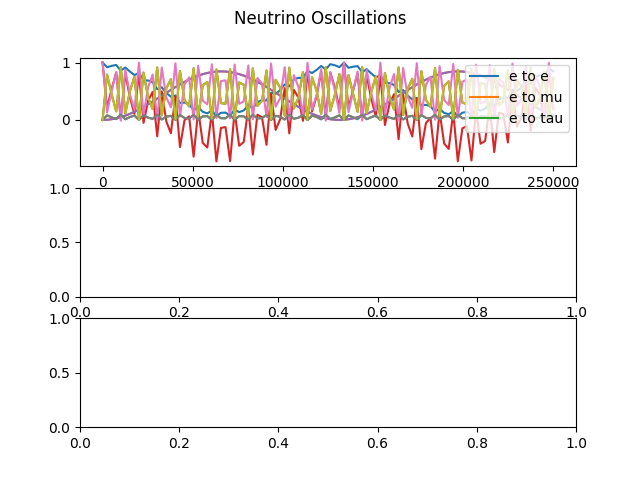
Repository: MichaelCullen2011/QuantumAndNeutrinos
Script's output: python neutrinos.py
An editor plug-in stored every save of this project. The script's output is shown before and after the next save, followed by the edit.
Random numbers start from a fixed seed.

Above is the script's output before, as saved 2021-06-02 16:36:41.

### neutrinos.py
import numpy as np
import matplotlib.pyplot as plt


'''
To Do           - tau interactions
                - clean up constant variables into dicts or lists
'''


'''
Variables and Constants
'''
# # Constants
# Mass difference squared between two flavour states
delta_m_sq = {'eu': 7.53e-5, 'tu': 2.44e-3, 'te': 2.44e-3, 'ue': 7.53e-5, 'ut': 2.44e-3, 'et': 2.44e-3}     # eV**2
delta_m_e_mu_sq = 7.53e-5      # eV**2
delta_m_tau_mu_sq = 2.44e-3    # eV**2  # can be +ve or -ve
delta_m_tau_e_sq = 2.44e-3     # eV**2  # can be +ve or -ve
delta_m_mu_e_sq = delta_m_e_mu_sq      # eV**2
delta_m_mu_tau_sq = delta_m_tau_mu_sq    # can be +ve or -ve
delta_m_e_tau_sq = delta_m_tau_e_sq     # eV**2

# Angle between flavour states
sin_q_theta = {'eu': 0.846, 'tu': 0.92, 'te': 0.093, 'ue': 0.846, 'ut': 0.92, 'et': 0.093}
sin_sq_theta_e_tau = 0.093
sin_sq_theta_e_mu = 0.846
sin_sq_theta_mu_tau = 0.92      # actually > 0.92 but it varies on atmospheric values
sin_sq_theta_mu_e = sin_sq_theta_e_mu
sin_sq_theta_tau_e = sin_sq_theta_e_tau
sin_sq_theta_tau_mu = sin_sq_theta_mu_tau

G_f = 1.1663787e-5         # GeV-2
sin_sq_theta_w = 0.22290        # Weinberg angle
m_e = 0.511 * 1e-3     # GeV c-2
m_u = 105 * 1e-3       # GeV c-2
sigma_naught = 1.72e-45         # m**2 / GeV

# # Variables
m_out = 10       # reactant mass out (electrons, muons etc)
m_in = 1000        # reactant mass in (electrons, muons etc)
E_v = 100     # Neutrino energy
L = 10       # distance oscillating (for oscillation)
E = E_v     # Neutrino beam energy
d = 10       # distance travelled (for decoherence)



'''
Oscillation Probabilities   -   p_oscill = (np.sin(2 * theta))**2 * (np.sin((delta_m_sq * L) / (4 * E)))**2
'''
class Oscillations:
    def __init__(self, distance):
        self.prob_list = {
            'eu': [], 'et': [],
            'ue': [], 'ut': [],
            'te': [], 'tu': [],
            'ee': [], 'uu': [],     # do these last as theyre calculated based on the previously calculated
            'tt': [],
        }

        self.prob_reduced = {
            'e': [],
            'u': [],
            't': []
        }

        self.prob_neut = []

        self.max_points = 100      # Number of points
        E = 4      # GeV
        self.L = distance    # Km
        self.x_range = np.linspace(0, self.L / E, self.max_points)
        theta_range = np.linspace(0, 2 * np.pi, self.max_points)

    def calculate(self):
        for x in self.x_range:
            # print(f"Calculated Probability of {self.max_points}")
            for change in self.prob_list.keys():
                if change not in ['ee', 'uu', 'tt']:
                    self.prob_list[change].append(Oscillations.prob(self, flavours=change, x=x))
            self.prob_list['ee'].append(1 - (self.prob_list['eu'][-1] + self.prob_list['et'][-1]))
            self.prob_list['uu'].append(1 - (self.prob_list['ue'][-1] + self.prob_list['ut'][-1]))
            self.prob_list['tt'].append(1 - (self.prob_list['te'][-1] + self.prob_list['tu'][-1]))

        self.prob_reduced['e'] = [self.prob_list['ee'], self.prob_list['eu'], self.prob_list['et']]
        self.prob_reduced['u'] = [self.prob_list['uu'], self.prob_list['ue'], self.prob_list['ut']]
        self.prob_reduced['t'] = [self.prob_list['tt'], self.prob_list['te'], self.prob_list['tu']]
        Oscillations.plot(self)

    def plot(self):
        fig, axs = plt.subplots(3)
        fig.suptitle('Neutrino Oscillations')

        n = 0
        for probs in self.prob_reduced.values():
            if n == 0:
                for p in probs:
                    print(len(p))
                    axs[n].plot(self.x_range, p)
                    axs[n].legend(['e to e', 'e to mu', 'e to tau'], loc=1)
            # if n == 1:
            #     for p in probs:
            #         axs[n].plot(self.x_range, p)
            #         axs[n].legend(['mu to mu', 'mu to e', 'mu to tau'], loc=1)
            # if n == 2:
            #     for p in probs:
            #         axs[n].plot(self.x_range, p)
            #         axs[n].legend(['tau to tau', 'tau to e', 'tau to mu'], loc=1)

        # for initial_flavours, probs in self.prob_reduced.items():
        #     axs[n].plot(self.x_range, probs[0], '-')
        #     axs[n].plot(self.x_range, probs[1], '-')
        #     axs[n].plot(self.x_range, probs[2], '-')
        # plt.legend(self.prob_reduced.keys())
        # plt.legend(self.prob_neut.keys())
        plt.show()

    def prob(self, flavours, x):
        if flavours == 'eu':
            prob = sin_sq_theta_e_mu * np.square(np.sin(1.27 * delta_m_e_mu_sq * x / 4))
        elif flavours == 'et':
            prob = sin_sq_theta_e_tau * np.square(np.sin(1.27 * delta_m_e_tau_sq * x / 4))
        elif flavours == 'ue':
            prob = sin_sq_theta_e_mu * np.square(np.sin(1.27 * delta_m_mu_e_sq * x / 4))
        elif flavours == 'ut':
            prob = sin_sq_theta_mu_tau * np.square(np.sin(1.27 * delta_m_mu_tau_sq * x / 4))
        elif flavours == 'te':
            prob = sin_sq_theta_tau_e * np.square(np.sin(1.27 * delta_m_tau_e_sq * x / 4))
        elif flavours == 'tu':
            prob = sin_sq_theta_tau_mu * np.square(np.sin(1.27 * delta_m_tau_mu_sq * x / 4))
        return prob



'''
Cross Sections
'''
class CrossSections:
    def __init__(self, energy, lepton):
        E_v = energy
        sigma_naught = 1.72e-45

        s_e = sigma_naught * np.pi / G_f**2
        s_u = s_e * (m_u / m_e)

        sigma_naught_e = (2 * m_e * G_f**2 * E_v) / np.pi
        sigma_naught_u = (2 * m_u * G_f**2 * E_v) / np.pi

        if lepton == 'e':
            sigma_naught = sigma_naught_e
            self.cs_without_ms = {'e_e': [], 'E_E': [], 'E_U': [], 'u_e': [], 'u_u': [], 'U_U': []}
            self.cs_with_ms = {'e_e': [], 'E_E': [], 'E_U': [], 'u_e': [], 'u_u': [], 'U_U': []}

        elif lepton == 'u':
            sigma_naught = sigma_naught_u
            self.cs_without_ms = {'e_e': [], 'E_E': [], 'U_E': [], 'e_u': [], 'u_u': [], 'U_U': []}
            self.cs_with_ms = {'e_e': [], 'E_E': [], 'U_E': [], 'e_u': [], 'u_u': [], 'U_U': []}

        for flavour in self.cs_without_ms.keys():
            cs = CrossSections.neutrino_and_electron(self, flavour=flavour) * energy * sigma_naught
            self.cs_without_ms[flavour].append(cs)
            self.cs_with_ms[flavour].append(
                cs * energy * sigma_naught *
                CrossSections.mass_suppression(
                    self, flavour, energy=energy, reaction_lepton=lepton
                )
            )

    def neutrino_and_electron(self, flavour):
        if flavour == 'e_e':
            cs = 0.25 + sin_sq_theta_w + (4 / 3) * np.square(sin_sq_theta_w)
        elif flavour == 'E_E':
            cs = (1 / 12) + 1 / 3 * (sin_sq_theta_w + 4 / 3 * np.square(sin_sq_theta_w))
        elif flavour == 'E_U' or flavour == 'U_E':
            cs = 1 / 3
        elif flavour == 'u_e' or flavour == 'e_u':
            cs = 1
        elif flavour == 'u_u':
            cs = 1 / 4 - sin_sq_theta_w + 4 / 3 * np.square(sin_sq_theta_w)
        elif flavour == 'U_U':
            cs = 1 / 12 - 1 / 3 * sin_sq_theta_w + 4 / 3 * np.square(sin_sq_theta_w)
        return cs

    def mass_suppression(self, flavour, energy, reaction_lepton='e'):
        m_E = m_e
        m_U = m_u
        if reaction_lepton == 'e':
            m_in = m_e
        elif reaction_lepton == 'u':
            m_in = m_u

        if flavour == 'e_e':
            zeta = 1 - ((m_e ** 2) / (m_in ** 2 + 2 * m_in * energy))
        elif flavour == 'E_E':
            zeta = 1 - ((m_e ** 2) / (m_in ** 2 + 2 * m_in * energy))
        elif flavour == 'E_U':
            zeta = 1 - ((m_u ** 2) / (m_in ** 2 + 2 * m_in * energy))
        elif flavour == 'u_e':
            zeta = 1 - ((m_u ** 2) / (m_in ** 2 + 2 * m_in * energy))
        elif flavour == 'u_u':
            zeta = 1 - ((m_e ** 2) / (m_in ** 2 + 2 * m_in * energy))
        elif flavour == 'U_U':
            zeta = 1 - ((m_e ** 2) / (m_in ** 2 + 2 * m_in * energy))
        # neutrino-muon specific reactions
        elif flavour == 'U_E':
            zeta = 1 - ((m_e ** 2) / (m_in ** 2 + 2 * m_in * energy))
        elif flavour == 'e_u':
            zeta = 1 - ((m_e ** 2) / (m_in ** 2 + 2 * m_in * energy))
        return zeta



'''
Wave Functions (for plotting)
'''
class WaveFunctions:
    def __init__(self, accuracy):
        phi = np.linspace(0, np.pi, accuracy)
        theta = np.linspace(0, 2 * np.pi, 20)
        prob_at_detector = {'e_e': [], 'e_mu': [], 'e_tau': [],
                            'mu_mu': [], 'mu_e': [], 'mu_tau': [],
                            'tau_tau': [], 'tau_e': [], 'tau_mu': []}
        flavour_list = ['e_e', 'e_mu', 'e_tau', 'mu_mu', 'mu_e', 'mu_tau', 'tau_tau', 'tau_e', 'tau_mu']
        detector_1 = {'e_e': [], 'e_mu': [], 'e_tau': [],
                      'mu_mu': [], 'mu_e': [], 'mu_tau': [],
                      'tau_tau': [], 'tau_e': [], 'tau_mu': []}
        detector_2 = {'e_e': [], 'e_mu': [], 'e_tau': [],
                      'mu_mu': [], 'mu_e': [], 'mu_tau': [],
                      'tau_tau': [], 'tau_e': [], 'tau_mu': []}

        for flavour_change in flavour_list:
            for phi_value in phi:
                prob_at_detector[flavour_change].append(WaveFunctions.prob(self, flavour=flavour_change, phi=phi_value))

            for tuple in prob_at_detector[flavour_change]:
                detector_1[flavour_change].append(tuple[0])
                detector_2[flavour_change].append(tuple[0])

        fig1 = plt.figure()
        fig2 = plt.figure()
        ax1 = fig1.add_subplot(111)
        ax2 = fig2.add_subplot(111)
        ax1.title.set_text('Detector 1 Probabilities')
        ax2.title.set_text('Detector 2 Probabilities')

        ax1.set_xticks(ticks=np.linspace(start=0, stop=2 * np.pi, num=int(accuracy)))
        ax1.set_yticks(ticks=np.linspace(0, 1, num=5))
        ax2.set_xticks(ticks=np.linspace(start=0, stop=2 * np.pi, num=int(accuracy)))
        ax2.set_yticks(ticks=np.linspace(0, 1, num=5))


        for prob_list in detector_1.values():
            #print(prob_list)
            ax1.plot(phi, prob_list, '--', linewidth=1)

        for prob_list in detector_2.values():
            #print(prob_list)
            ax2.plot(phi, prob_list, '--', linewidth=1)

        ax1.legend(flavour_list, loc=1)
        ax2.legend(flavour_list, loc=1)

    def prob(self, flavour, phi):
        order_tau_d_same = 1
        order_tau_d_change = 1 / 3
        if flavour == 'e_e':
            prob_f1 = 1
            prob_f2 = 0
        elif flavour == 'e_mu':
            prob_f1 = 1 - (np.sqrt(sin_sq_theta_e_tau) / 2) * (1 - order_tau_d_change * np.cos(phi))
            prob_f2 = (np.sqrt(sin_sq_theta_e_tau) / 2) * (1 - order_tau_d_change * np.cos(phi))
        elif flavour == 'e_tau':
            prob_f1 = 1 - (np.sqrt(sin_sq_theta_e_tau) / 2) * (1 - order_tau_d_change * np.cos(phi))
            prob_f2 = (np.sqrt(sin_sq_theta_e_tau) / 2) * (1 - order_tau_d_change * np.cos(phi))
        if flavour == 'mu_mu':
            prob_f1 = 1
            prob_f2 = 0
        elif flavour == 'mu_e':
            prob_f1 = 1 - (np.sqrt(sin_sq_theta_e_mu) / 2) * (1 - order_tau_d_change * np.cos(phi))
            prob_f2 = (np.sqrt(sin_sq_theta_e_mu) / 2) * (1 - order_tau_d_change * np.cos(phi))
        elif flavour == 'mu_tau':
            prob_f1 = 1 - (np.sqrt(sin_sq_theta_mu_tau) / 2) * (1 - order_tau_d_change * np.cos(phi))
            prob_f2 = (np.sqrt(sin_sq_theta_mu_tau) / 2) * (1 - order_tau_d_change * np.cos(phi))
        if flavour == 'tau_tau':
            prob_f1 = 1
            prob_f2 = 0
        elif flavour == 'tau_e':
            prob_f1 = 1 - (np.sqrt(sin_sq_theta_tau_e) / 2) * (1 - order_tau_d_change * np.cos(phi))
            prob_f2 = (np.sqrt(sin_sq_theta_tau_e) / 2) * (1 - order_tau_d_change * np.cos(phi))
        elif flavour == 'tau_mu':
            prob_f1 = 1 - (np.sqrt(sin_sq_theta_tau_mu) / 2) * (1 - order_tau_d_change * np.cos(phi))
            prob_f2 = (np.sqrt(sin_sq_theta_tau_mu) / 2) * (1 - order_tau_d_change * np.cos(phi))
        return prob_f1, prob_f2



'''
Gates
'''
class Gates:
    def __init__(self, energy_list):
        self.energy_list = energy_list
        self.gate_energy_reactions = None
        self.leptons = {'e': [], 'u': []}       # currently only considering e and mu (no tau)
        self.all_values = {}

    def calculate(self):
        for energy in self.energy_list:
            for lepton in self.leptons.keys():
                # print(f'\n Cross Sections for Reactions with {lepton} at {energy} GeV:')
                self.leptons[lepton] = CrossSections(energy=energy, lepton=lepton)    # Energy in GeV

            gate_reactions = Gates.gate_cs(Gates.combine_cs(self))
            if self.gate_energy_reactions is None:      # checking if first time running this script
                self.gate_energy_reactions = gate_reactions
            else:
                for flavour, value in gate_reactions.items():
                    self.gate_energy_reactions[flavour].append(value[0])
            self.all_values[energy] = [values for values in gate_reactions.values()]
            print(f"Average Prob for {energy} GeV: ", np.average(self.all_values[energy]))
            if energy == self.energy_list[-1]:
                print(f"Neutrino-Lepton Gate Probabilities for {energy}GeV: \n {gate_reactions}")

        # plot
        Gates.plot_energies(self)
        plt.show()


    def combine_cs(self):
        all_cs = {'e_e': [], 'e_u': [], 'u_u': [], 'u_e': [], 'E_E': [], 'E_U': [], 'U_U': [], 'U_E': []}
        e_class = self.leptons['e']
        u_class = self.leptons['u']
        for all_reaction in all_cs.keys():
            for e_reaction, e_value in e_class.cs_without_ms.items():
                if e_reaction == all_reaction:
                    all_cs[all_reaction].append(e_value[0])
            for u_reaction, u_value in u_class.cs_without_ms.items():
                if u_reaction == all_reaction:
                    all_cs[all_reaction].append(u_value[0])

        for all_reaction, all_values in all_cs.items():
            if len(all_values) > 1:
                all_cs[all_reaction] = [(all_values[0] + all_values[1]) / 2]
        return all_cs


    @staticmethod
    def gate_cs(all_cs):
        # creates our final dict with the probabilities for all gate interactions
        single_reactions = ['e_e', 'e_u', 'u_u', 'u_e']
        single_reactions_anti = ['E_E', 'E_U', 'U_U', 'U_E']
        whole_reaction = []
        for first_reaction in single_reactions:
            for second_reaction in single_reactions:
                whole_reaction.append(first_reaction[0] + second_reaction[0] + '_' + first_reaction[2] + second_reaction[2])
        for first_reaction in single_reactions_anti:
            for second_reaction in single_reactions_anti:
                whole_reaction.append(first_reaction[0] + second_reaction[0] + '_' + first_reaction[2] + second_reaction[2])
        gate_reactions = {whole_keys: [] for whole_keys in whole_reaction}


        # reaction 1 is reaction_combined[0] + '_' + reaction_combined[3]
        # reaction 2 in reaction_combined[1] + '_' + reaction_combined[4]
        for reaction_combined in gate_reactions.keys():
            first_reaction = reaction_combined[0] + '_' + reaction_combined[3]
            second_reaction = reaction_combined[1] + '_' + reaction_combined[4]
            gate_reactions[reaction_combined] = [all_cs[first_reaction][0] * all_cs[second_reaction][0]]

        # for key, value in gate_reactions.items():
        #     print(f"{key}: {value}")
        return gate_reactions


    def plot_energies(self):
        for flavour, values in self.gate_energy_reactions.items():
            self.gate_energy_reactions[flavour] = [values, list(self.energy_list)]

        for flavour, values in self.gate_energy_reactions.items():
            plt.plot(values[1], values[0], '-')
        plt.title(f"Neutrino-Lepton Gate Cross-Sections for Energies: {int(min(self.energy_list))}GeV - {int(max(self.energy_list))}GeV")
        plt.legend(self.gate_energy_reactions.keys())



'''
Running
'''
Oscillations(distance=1e6).calculate()    # Prints oscillation probabilities for flavours given the distance it travels

# WaveFunctions(accuracy=20)      # Currently Broken. Doesnt plot correctly # Accuracy is the number of points within the range

# Gates(energy_list=np.linspace(1, 100, 10)).calculate()         # calculates and plots gate probabilities at various energies for different interactions

plt.show()

After the next save:
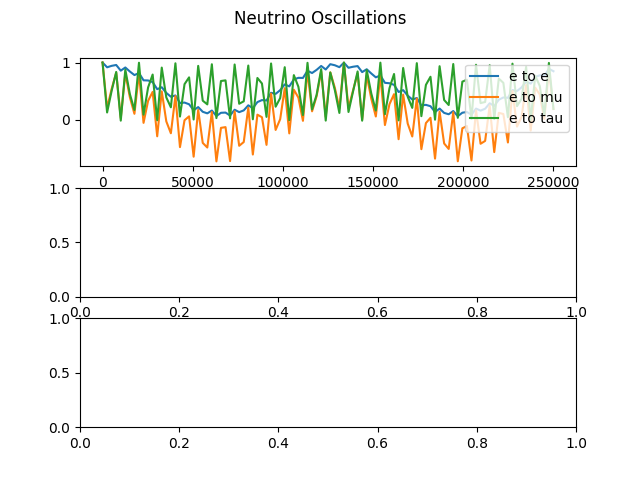
Saved 53 s later.
--- a/neutrinos.py
+++ b/neutrinos.py
@@ -94,11 +94,15 @@ class Oscillations:
 
         n = 0
         for probs in self.prob_reduced.values():
+            axs[n].plot(self.x_range, probs[n])
             if n == 0:
-                for p in probs:
-                    print(len(p))
-                    axs[n].plot(self.x_range, p)
-                    axs[n].legend(['e to e', 'e to mu', 'e to tau'], loc=1)
+                axs[n].legend(['e to e', 'e to mu', 'e to tau'], loc=1)
+            elif n == 1:
+                axs[n].legend(['mu to mu', 'mu to e', 'mu to tau'], loc=1)
+            elif n == 2:
+                axs[n].legend(['tau to tau', 'tau to e', 'tau to mu'], loc=1)
+
+
             # if n == 1:
             #     for p in probs:
             #         axs[n].plot(self.x_range, p)
